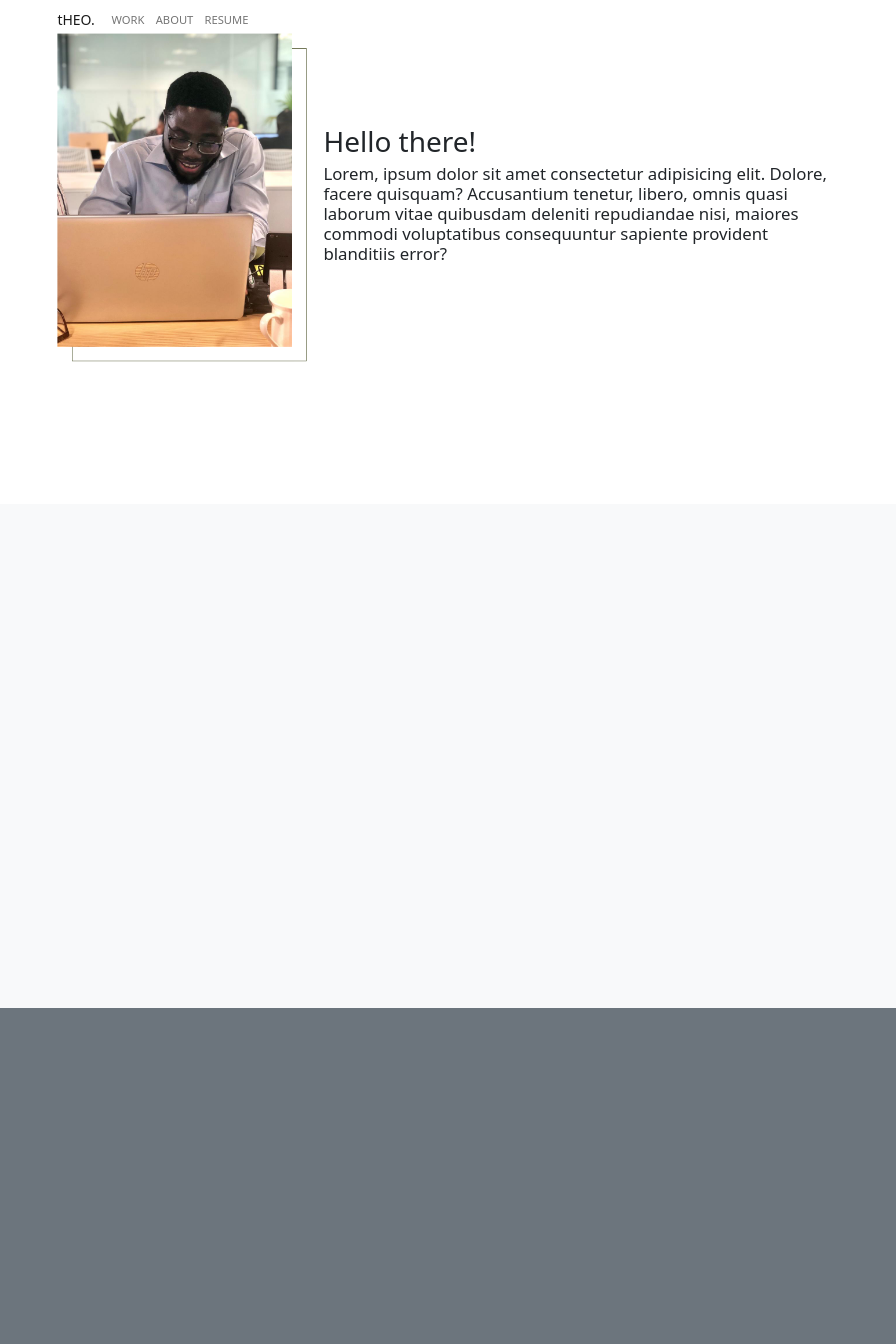
Repository: tHEO2k17/portfolio
Page: /
An editor plug-in stored every save of this project. The page is shown before and after the next save, followed by the edit.
The browser window is 1280 px wide. The pictures show the part of the page from y = 0 to 1920 px (the page is 3000 px tall), at 70% of full size.
The project was rebuilt for these pictures with package versions that can differ from the ones it lists, and the page was loaded fresh each time.

Above is the page before, as saved 2021-07-21 23:18:55.

After the next save:
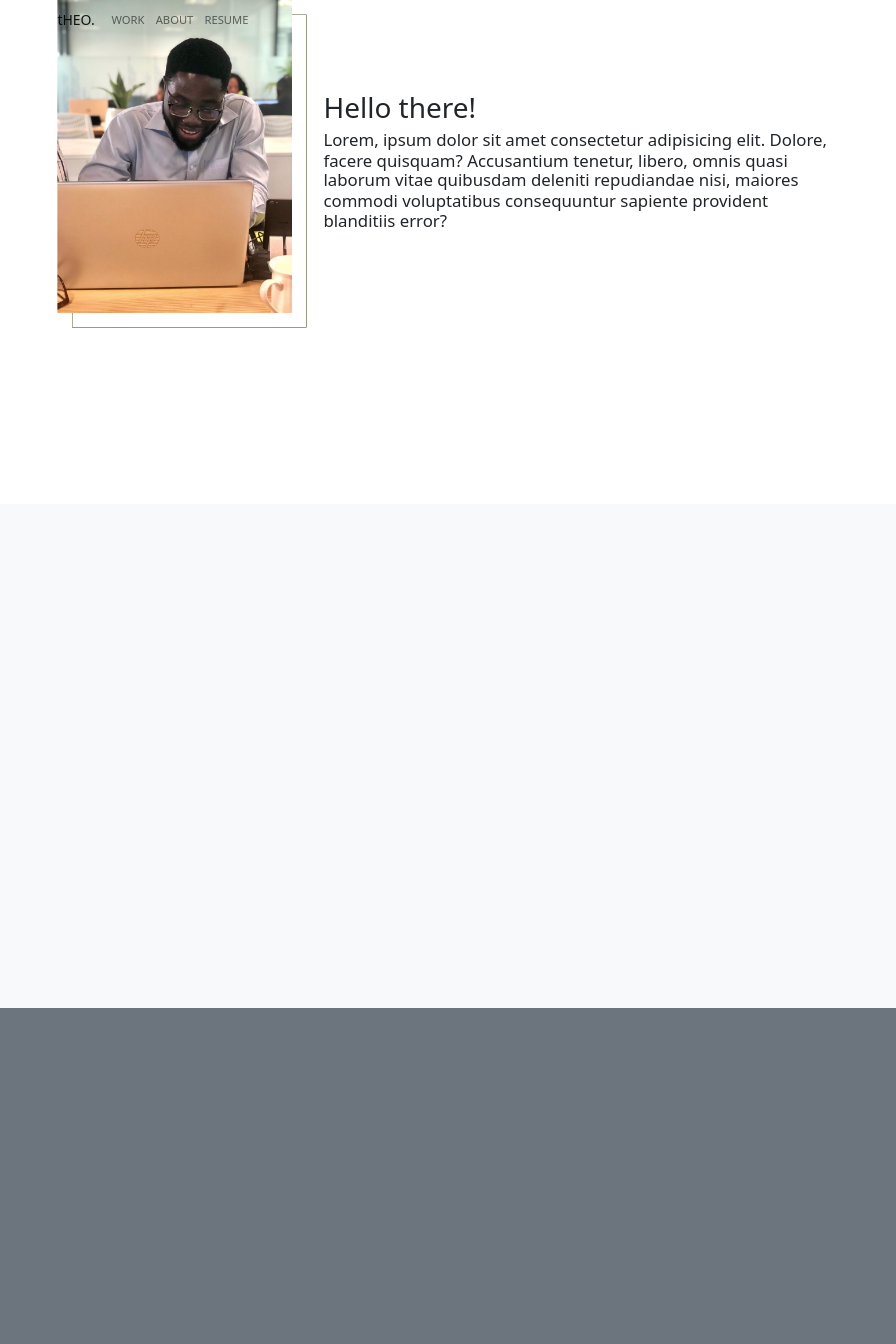
Saved 48 s later.
--- a/src/presentation/pages/HomePage.tsx
+++ b/src/presentation/pages/HomePage.tsx
@@ -18,8 +18,8 @@ export default function HomePage() {
             </Navbar>
 
             <header className=" min-vh-100">
-                <Container>
-                    <Row className="align-items-center py-5">
+                <Container className="align-items-center">
+                    <Row className="align-items-center">
                         <Col md="4"> <Image src="assets/images/theo.png" fluid /> </Col>
                         <Col>
                             <h1>Hello there!</h1>
